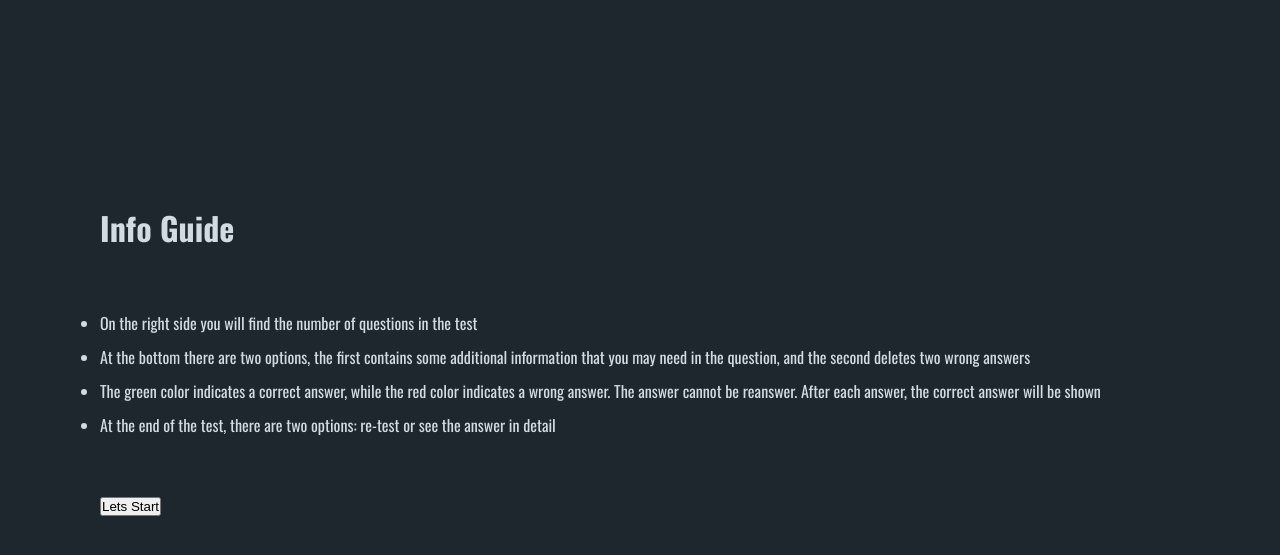
Repository: abdelrahmanahmed20021/Quiz-Platform
Page: index.html
An editor plug-in stored every save of this project. The page is shown before and after the next save, followed by the edit.
The browser window is 1280 px wide. The pictures show the whole page.

Above is the page before, as saved 2023-01-12 00:49:51.
Console error: TypeError: Cannot read properties of null (reading 'addEventListener')

After the next save:
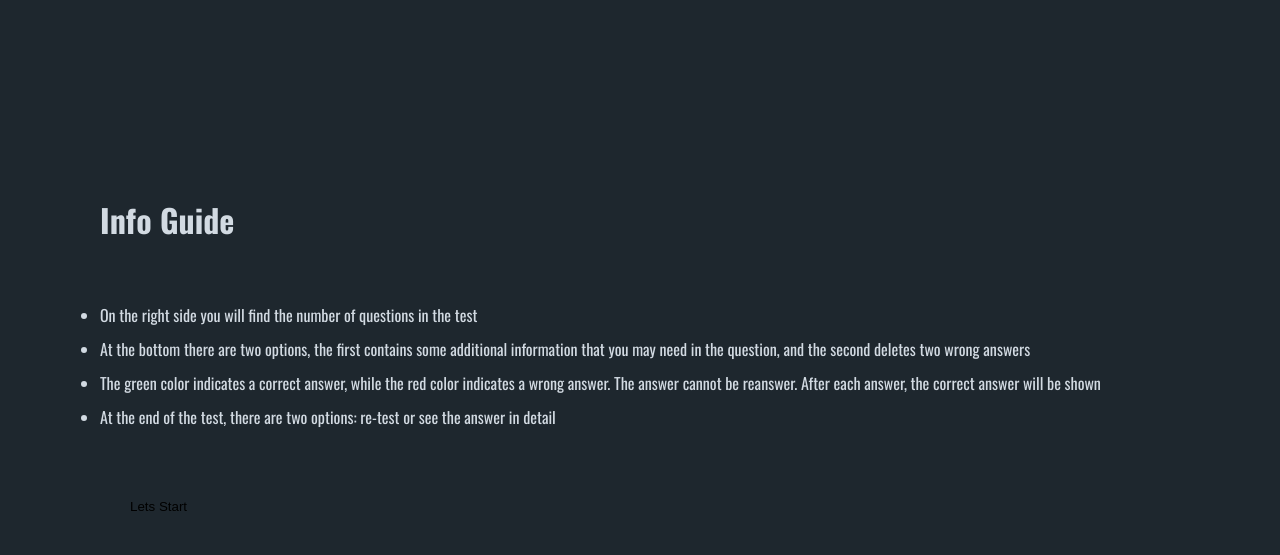
Saved 37 s later.
--- a/styles/index.css
+++ b/styles/index.css
@@ -325,4 +325,10 @@ body>section .container_2 .icons_helper .google {
 .black-wolf ul li{
     margin: 10px 0;
 }
+.black-wolf button{
+    padding: 10px 30px;
+    border: 0;
+    outline: 0;
+    background-color: #1e272e;
+}
 /* ========= Actives || Class || Styles ||  ========= */
